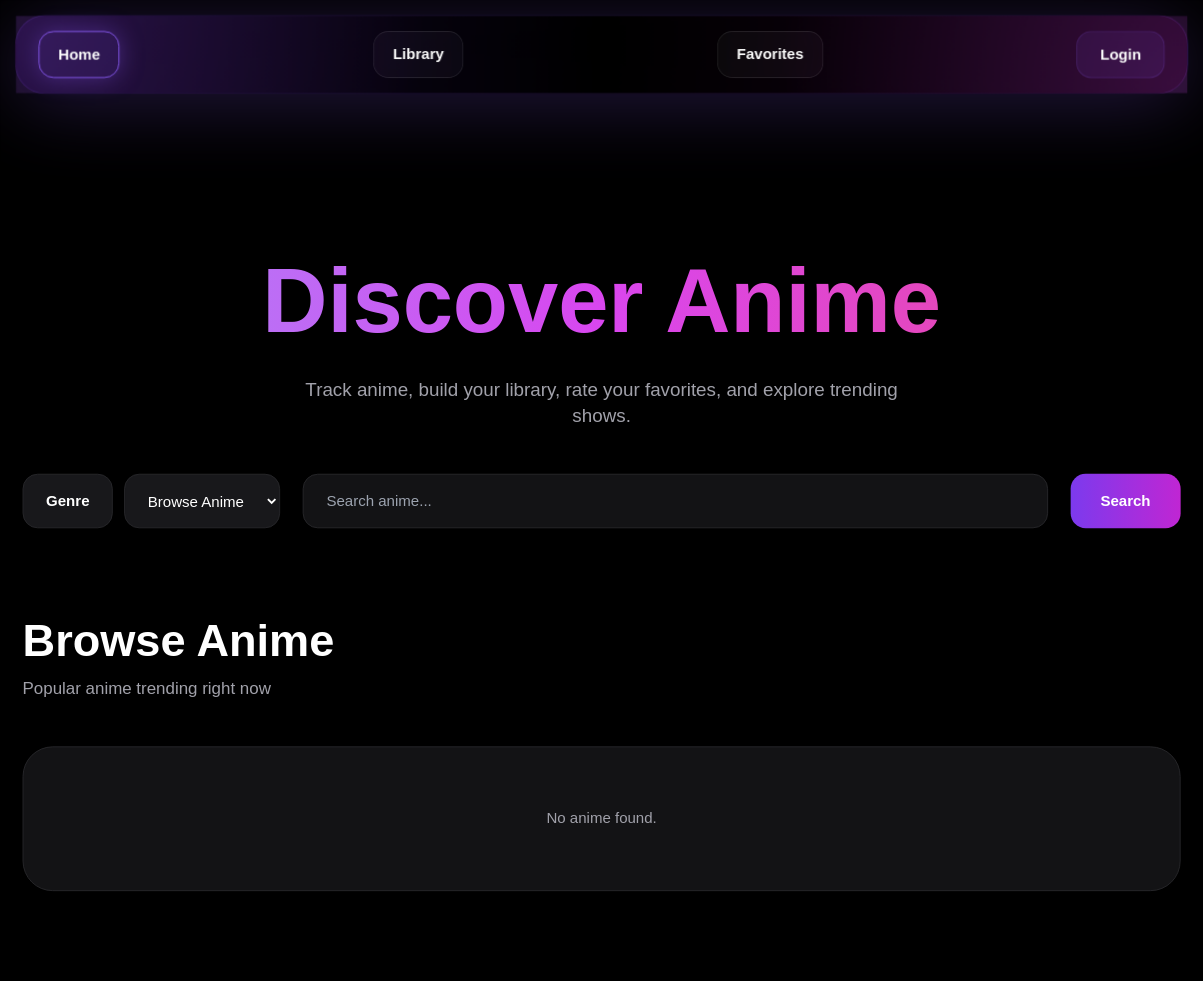
Repository: Maykal-Projects/Otakuflow
Page: /
The author's editor kept a copy of each file at every save. The page is drawn from the files as they stood at one save, then again after the next save.
The browser window is 1280 px wide. The pictures show the whole page, at 94% of full size.
The page's requests for data from a server got no answer. The project was rebuilt for these pictures with package versions that can differ from the ones it lists, and the page was loaded fresh each time. The framework's server and built-in components were replaced by stand-ins that run in the browser. No one was signed in, and anything a server would have sent is missing. Also part of the build but not shown: next.config.ts, components/AnimeCard.tsx.

Above is the page before, as saved 2026-05-30 17:04:34.

After the next save:
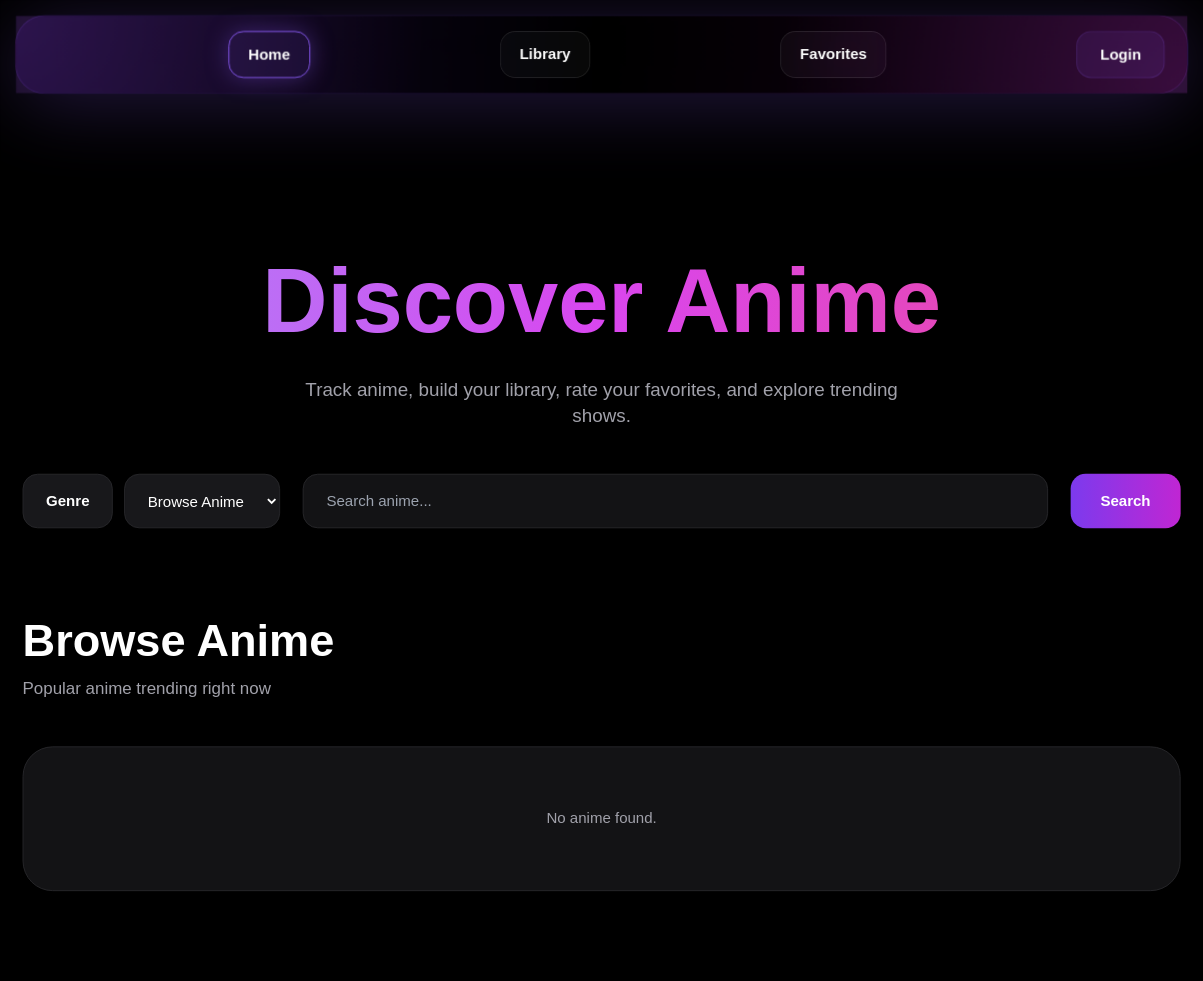
Saved 7 min 31 s later.
--- a/components/Navbar.tsx
+++ b/components/Navbar.tsx
@@ -68,6 +68,8 @@ const [mobileMenu, setMobileMenu] =
   {/* DESKTOP */}
   <div className="hidden sm:flex items-center justify-between gap-3">
 
+{/* LEFT */}
+<div className="flex items-center gap-3"></div>
 
       <Link
         href="/"
